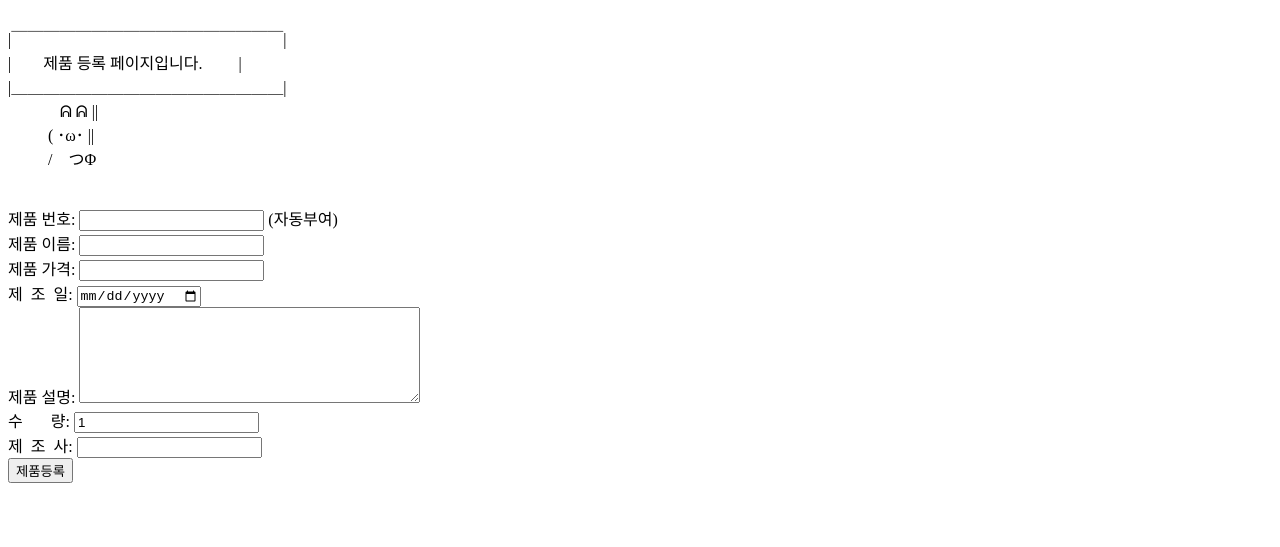
Repository: doram2/dodam
Page: http://localhost/thymeleaf/goods/goodsForm
The author's editor kept a copy of each file at every save. The page is drawn from the files as they stood at one save, then again after the next save.
The browser window is 1280 px wide. The pictures show the whole page.
The page is this project's Thymeleaf template; nobody is signed in. The template is opened directly, without the code that normally fills it, so the values that code supplies are empty.

Above is the page before, as saved 2022-01-24 06:19:12.

### springBootTest2/src/main/resources/templates/thymeleaf/goods/goodsForm.html
<!DOCTYPE html>
<html>
<head>
<meta charset="UTF-8">
<title>Insert title here</title>
</head>
<body>
	<br/>
|￣￣￣￣￣￣￣￣￣￣￣￣￣￣￣￣￣| <br/>
|&nbsp;&nbsp;&nbsp;&nbsp;&nbsp;&nbsp;&nbsp;&nbsp;제품 등록 페이지입니다.&nbsp;&nbsp;&nbsp;&nbsp;&nbsp;&nbsp;&nbsp;&nbsp;&nbsp;|<br/>
|＿＿＿＿＿＿＿＿＿＿＿＿＿＿＿＿＿| <br/>
　&nbsp;&nbsp;&nbsp;&nbsp;　        ᕱ ᕱ  ||<br/>
　&nbsp;&nbsp;&nbsp;&nbsp;&nbsp;&nbsp;( ･ω･ ||<br/>
 &nbsp;&nbsp;&nbsp;&nbsp; 　         /　つΦ<br/><br/>

<form action="goodsRegist" method="post" name="frm" id="frm">
  <input type="hidden" name="empNum" th:value="${empNum}"/><br/>
	제품 번호: <input type="text" name="goodsNum" readonly = "readonly" th:value="${goodsNum}"/> (자동부여) <br/>
	제품 이름: <input type="text" name="goodsName"/><br/>
	제품 가격: <input type="number" name="goodsPrice" min=1000 value=1000/><br/>
	제&nbsp;&nbsp;조&nbsp;&nbsp;일: <input type="date" name="goodsDate"/><br/>
	제품 설명: <textarea rows="6" cols="40" name="goodsContent"></textarea><br/>
	수&nbsp;&nbsp;&nbsp;&nbsp;&nbsp;&nbsp;&nbsp;량: <input type="number" min=1 value="1" name="goodsQty"><br/>
	제&nbsp;&nbsp;조&nbsp;&nbsp;사: <input type="text" name="goodsCompany"/><br/>
	<input type="submit" value="제품등록"/>
</form>
</body>
</html>

After the next save:
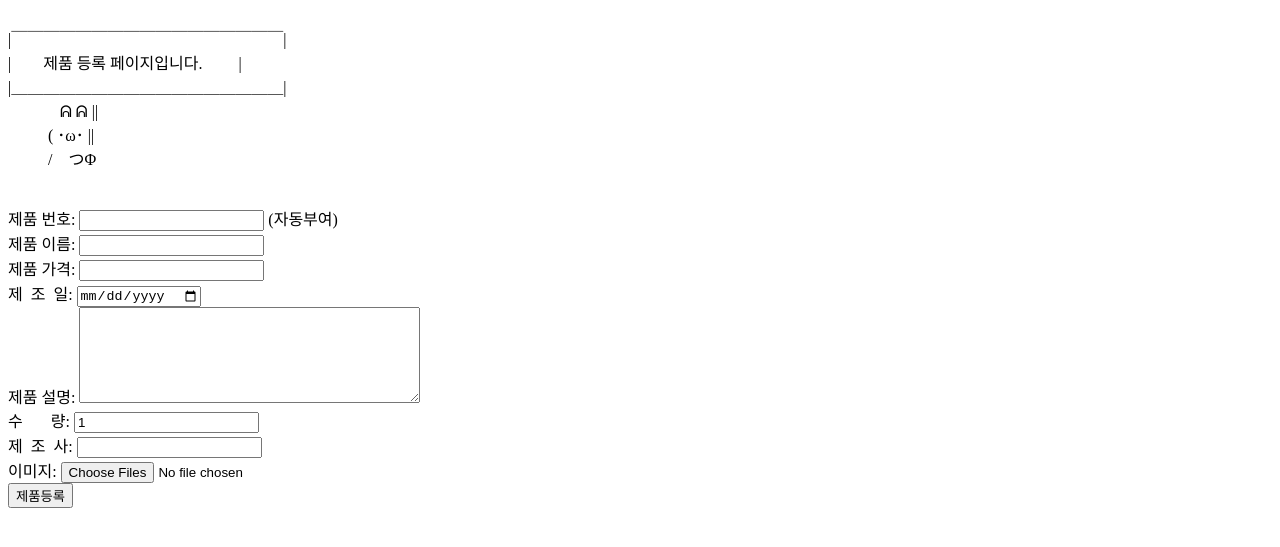
Saved 95 s later.
--- a/springBootTest2/src/main/resources/templates/thymeleaf/goods/goodsForm.html
+++ b/springBootTest2/src/main/resources/templates/thymeleaf/goods/goodsForm.html
@@ -22,6 +22,7 @@
 	제품 설명: <textarea rows="6" cols="40" name="goodsContent"></textarea><br/>
 	수&nbsp;&nbsp;&nbsp;&nbsp;&nbsp;&nbsp;&nbsp;량: <input type="number" min=1 value="1" name="goodsQty"><br/>
 	제&nbsp;&nbsp;조&nbsp;&nbsp;사: <input type="text" name="goodsCompany"/><br/>
+	이미지: <input type="file" name="goodsImage" multiple="multiple"/><br/>
 	<input type="submit" value="제품등록"/>
 </form>
 </body>
